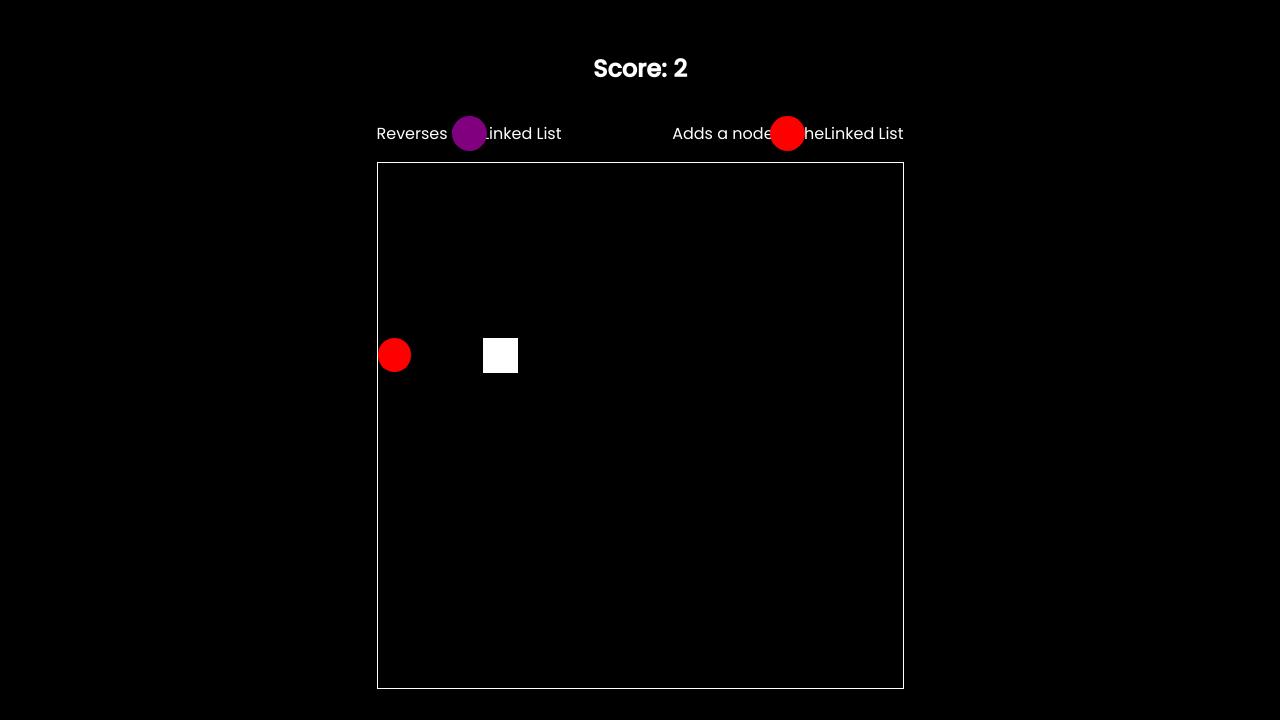
Repository: rehans-Life/linkedlist-snake-game
Page: /
These files come from the project's save history. The page is drawn as it stood at one moment and after the next save; the edit follows.
The browser window is 1280 px wide. The pictures show the whole page.
The project was rebuilt for these pictures with package versions that can differ from the ones it lists, and the page was loaded fresh each time. The framework's server and built-in components were replaced by stand-ins that run in the browser. Also part of the build but not shown: next.config.js.

Above is the page before, as saved 2023-04-16 02:43:39.

After the next save:
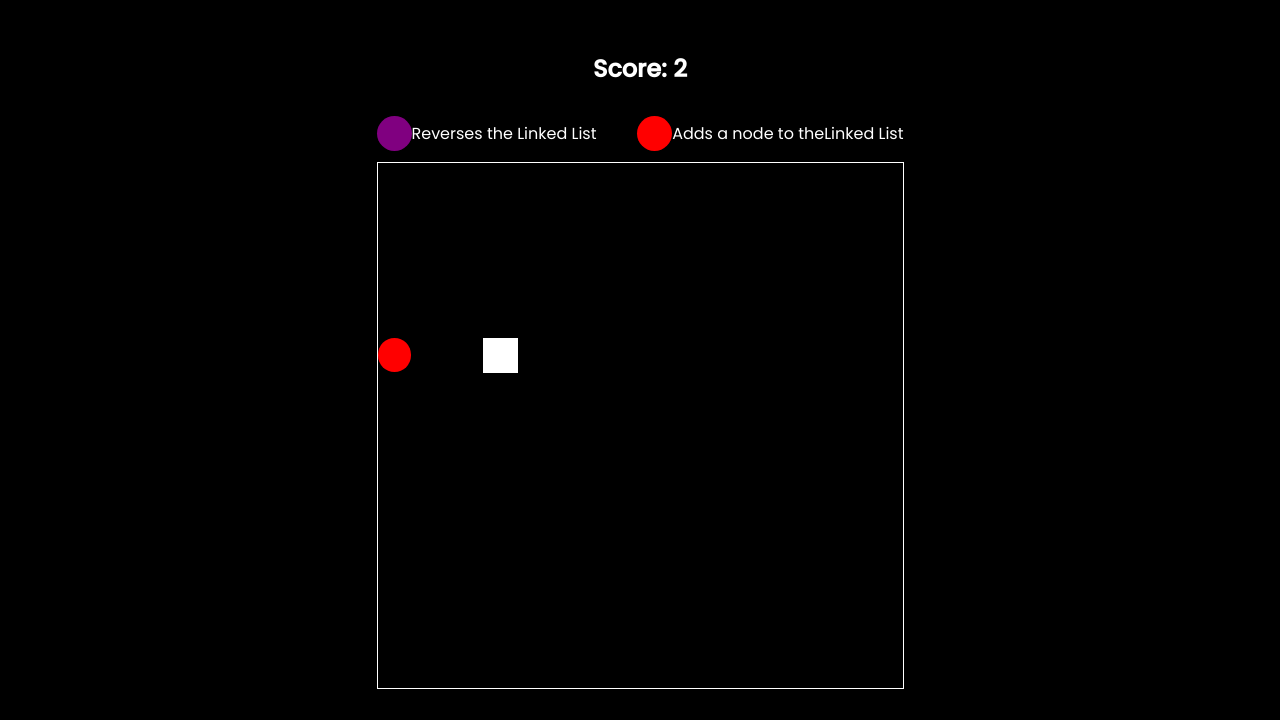
Saved 14 s later.
--- a/styles/Home.module.css
+++ b/styles/Home.module.css
@@ -62,9 +62,7 @@
 }
 
 .circle {
-  content: "";
   height: 35px;
-  position: absolute;
   width: 35px;
   border-radius: 50%;
 }
